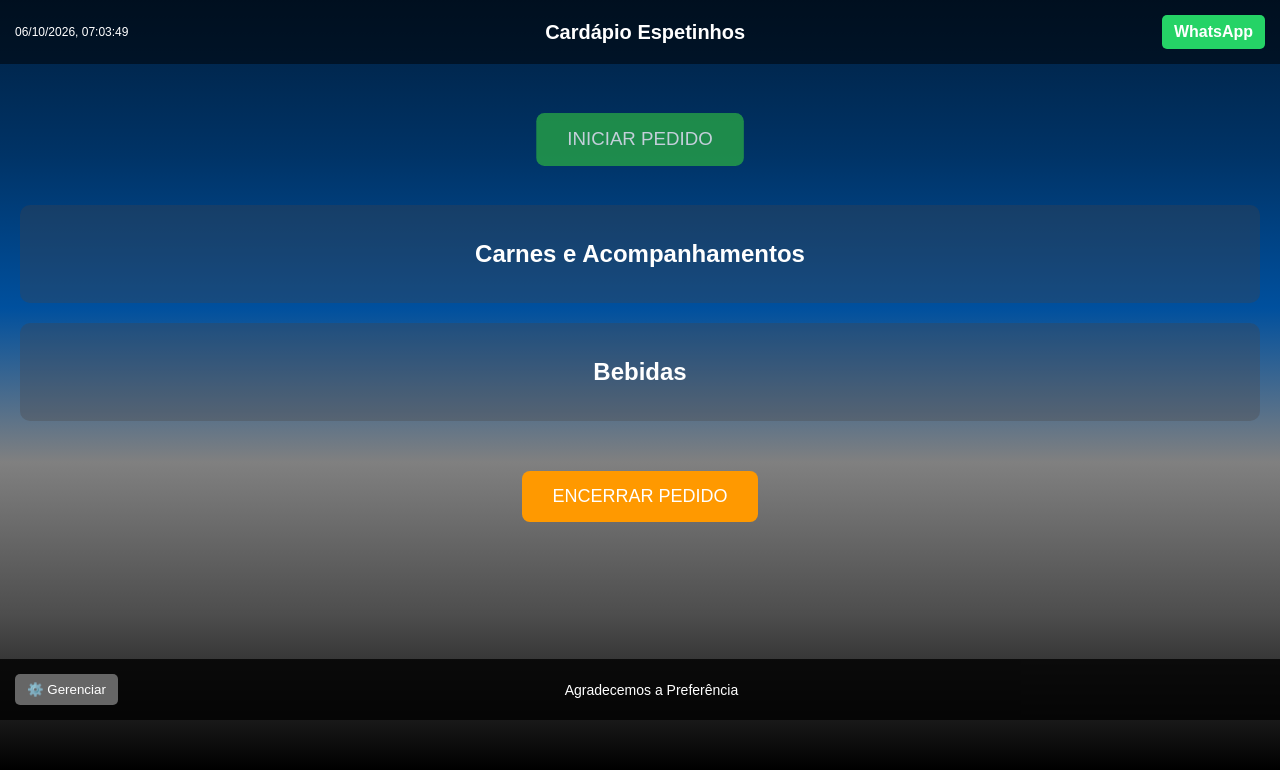
Repository: JeffRodFer/skewersOrder
Page: frontend/index.html
The author's editor kept a copy of each file at every save. The page is drawn from the files as they stood at one save, then again after a run of saves.
The browser window is 1280 px wide. The pictures show the whole page.
The page's requests for data from a server got no answer.

Above is the page before, as saved 2026-10-19 00:20:41.

### frontend/index.html
<!DOCTYPE html>
<html lang="pt-BR">

<head>
  <meta charset="UTF-8">
  <meta name="viewport" content="width=device-width, initial-scale=1.0">
  <title>Cardápio de Espetinhos</title>
  <!-- Aqui conectamos o arquivo de estilos -->
  <link rel="stylesheet" href="style.css">
</head>

<body>

  <!-- Cabeçalho -->
  <header>
    <div class="relogio" id="relogio">
      00/00/0000 00:00:00
    </div>
    <div class="logo-titulo">Cardápio Espetinhos</div>
    <a href="https://wa.me/5581920036280" class="btn-whatsapp" target="_blank">WhatsApp</a>
  </header>

  <!-- Área de Iniciar Pedido -->
  <div class="area-iniciar">
    <button class="btn-iniciar" onclick="abrirModalCadastro()">
      INICIAR PEDIDO
    </button>
  </div>

  <!-- Lista de Comidas -->
  <div class="secao-produtos">
    <h2 class="titulo-carnes">Carnes e Acompanhamentos</h2>
    <div id="lista-carnes"></div> <!-- A MUDANÇA FOI FEITA AQUI -->
  </div>

  <!-- Lista de Bebidas -->
  <div class="secao-produtos">
    <h2 class="titulo-bebidas">Bebidas</h2>
    <div id="lista-bebidas"></div>
  </div>

  <!-- Área de Encerrar Pedido -->
  <div class="area-iniciar">
    <button class="btn-iniciar" style="animation: none; background: #ff9900;" onclick="abrirResumo()">
      ENCERRAR PEDIDO
    </button>
  </div>

  <!-- Rodapé -->
  <footer>
    <button class="btn-gerenciar" onclick="abrirModalAdmin()">
      ⚙️ Gerenciar
    </button>
    <div class="msg-agradecimento">Agradecemos a Preferência</div>
    <div style="width: 80px;"></div>
  </footer>

  <!-- MODAL 1: Cadastro do Cliente -->
  <div id="modalCadastro" class="modal">
    <div class="modal-conteudo">
      <h3>Identificação</h3>

      <div class="form-group">
        <label>Nome:</label>
        <input type="text" id="cli-nome" placeholder="Seu nome">
      </div>

      <div class="form-group">
        <label>Telefone:</label>
        <input type="tel" id="cli-telefone" placeholder="(81) 90000-0000">
      </div>

      <div class="form-group">
        <label>Retirada ou Entrega?</label>
        <select id="cli-tipo" onchange="verificarEntrega()">
          <option value="retirar">Vou retirar no local</option>
          <option value="entregar">Quero entrega (Terá taxa)</option>
        </select>
      </div>

      <div class="form-group" id="div-endereco" style="display:none;">
        <label>Endereço Completo:</label>
        <input type="text" id="cli-endereco" placeholder="Rua, Número, Bairro">
      </div>

      <!-- NOVA ÁREA DE BOTÕES -->
      <button type="button" class="btn-acao" onclick="fecharModalCadastro()"
        style="flex: 1; background-color: #666666;">
        Voltar
      </button>

      <button class="btn-acao" onclick="salvarCadastro()" style="flex: 2;">
        Confirmar
      </button>
    </div>

  </div> <!-- Fecha a modal-conteudo -->
  </div> <!-- Fecha a modalCadastro -->

  <!-- MODAL 2: Resumo do Pedido -->
  <div id="modalResumo" class="modal">
    <div class="modal-conteudo">
      <h3>Resumo do Pedido</h3>
      <div id="conteudo-resumo" style="font-size: 14px; margin-bottom: 20px;">
      </div>

      <!-- INÍCIO DAS NOVAS OPÇÕES DE FAROFA, VINAGRETE E OBS -->

      <!-- Opção de Farofa -->
      <div class="form-group">
        <label>Incluir Farofa?</label>
        <div style="display: flex; gap: 15px; margin-top: 5px;">
          <label><input type="radio" name="farofa" value="Sim" checked> Sim</label>
          <label><input type="radio" name="farofa" value="Não"> Não</label>
        </div>
      </div>

      <!-- Opção de Vinagrete -->
      <div class="form-group">
        <label>Incluir Vinagrete?</label>
        <div style="display: flex; gap: 15px; margin-top: 5px;">
          <label><input type="radio" name="vinagrete" value="Sim" checked> Sim</label>
          <label><input type="radio" name="vinagrete" value="Não"> Não</label>
        </div>
      </div>

      <!-- Campo de Observações -->
      <div class="form-group">
        <label>Observações do Pedido:</label>
        <textarea id="obs-pedido" rows="3" maxlength="120" placeholder="Ex: Bem passado, deixar na portaria..."
          style="width: 100%; border-radius: 5px; padding: 8px;"></textarea>
        <div id="contador-obs">0/120 caracteres</div>
      </div>

      <!-- FIM DAS NOVAS OPÇÕES -->

      <h3 id="valor-total">Total: R$ 0,00</h3>
      <button class="btn-acao btn-whatsapp" onclick="enviarPedidoWhatsApp()">
        Enviar Pedido (WhatsApp)
      </button>
      <button class="btn-acao btn-fechar" onclick="fecharModal('modalResumo')">
        Voltar e Escolher Mais
      </button>
    </div>
  </div>

  <!-- MODAL 3: Login Admin (Gerenciar) -->
  <div id="modalAdmin" class="modal">
    <div class="modal-conteudo">
      <h3>Área Restrita (Gerenciar)</h3>
      <div class="form-group">
        <label>Usuário:</label>
        <input type="text" id="admin-user">
      </div>
      <div class="form-group">
        <label>Senha:</label>
        <input type="password" id="admin-pass">
      </div>
      <button type="button" class="btn-acao" onclick="loginAdmin(event)">Entrar</button>
      <button type="button" class="btn-acao btn-fechar" onclick="fecharModal('modalAdmin')">
        Cancelar
      </button>
    </div>
  </div>


  <!-- ========================================== -->
  <!-- PAINEL DE ADMINISTRAÇÃO (Oculto por padrão)-->
  <!-- ========================================== -->
  <div id="painel-admin" style="display: none; padding: 20px; min-height: 100vh;">
    <div
      style="display: flex; justify-content: space-between; align-items: center; border-bottom: 2px solid white; padding-bottom: 10px; margin-bottom: 20px;">
      <h2 style="color: white; margin: 0;">⚙️ Gestão do Cardápio</h2>
      <button class="btn-acao btn-fechar" onclick="fecharPainelAdmin()" style="width: auto; padding: 10px 20px;">
        Sair
      </button>
    </div>

    <p style="color: #ccc;">Clique no botão para Ativar ou Desativar os produtos na loja.</p>

    <!-- Aqui o JavaScript vai injetar a lista completa de produtos -->
    <div id="lista-admin"></div>
  </div>

  <!-- Aqui conectamos o arquivo de lógica e ações -->
  <script src="script.js"></script>
</body>

</html>

### frontend/style.css
/* Gradiente de fundo geral */
body {
    background: linear-gradient(180deg,
            #001f3f 0%, #003366 20%, #00509e 40%,
            #808080 60%, #4d4d4d 80%, #000000 100%);
    margin: 0;
    font-family: Arial, sans-serif;
    color: #ffffff;
    min-height: 100vh;
    padding-bottom: 50px;
}

/* Cabeçalho */
header {
    display: flex;
    justify-content: space-between;
    align-items: center;
    padding: 15px;
    background-color: rgba(0, 0, 0, 0.5);
    position: sticky;
    top: 0;
    z-index: 100;

    /* ADICIONA ESTAS DUAS LINHAS: */
    flex-wrap: wrap;
    /* Permite que os elementos desçam de linha se faltar espaço */
    gap: 15px;
    /* Garante um espaço de 15px entre elementos, mesmo que desçam de linha */
}

/* ========================================== */
/* Ajuste Fino para Telemóveis (Opcional mas recomendado) */
/* ========================================== */
@media (max-width: 600px) {
    header {
        /* Num ecrã pequeno, força tudo a ficar no centro, um debaixo do outro */
        flex-direction: column;
        justify-content: center;
        text-align: center;
    }
}

.relogio {
    font-size: 12px;
}

.logo-titulo {
    font-size: 20px;
    font-weight: bold;
    text-align: center;
}

.btn-whatsapp {
    background-color: #25D366;
    color: white;
    padding: 8px 12px;
    text-decoration: none;
    border-radius: 5px;
    font-weight: bold;
}

/* Botão Iniciar Pedido Piscante */
.area-iniciar {
    text-align: center;
    margin: 20px 0;
}

.btn-iniciar {
    background-color: #28a745;
    color: white;
    padding: 15px 30px;
    font-size: 18px;
    border: none;
    border-radius: 8px;
    cursor: pointer;
    animation: piscar 1.5s infinite ease-in-out;
    margin-top: 30px;
    margin-bottom: 20px;
}

@keyframes piscar {
    0% {
        opacity: 1;
        transform: scale(1);
    }

    50% {
        opacity: 0.7;
        transform: scale(1.05);
    }

    100% {
        opacity: 1;
        transform: scale(1);
    }
}

/* 2. Coloca texto de um lado e botões do outro */
.item-lista {
    display: flex;
    justify-content: space-between;
    align-items: center;
    padding: 12px 0;
    border-bottom: 1px solid rgba(255, 255, 255, 0.1);
}

/* Listas de Produtos */
.secao-produtos {
    margin: 20px;
    padding: 15px;
    background: rgba(73, 67, 67, 0.308);
    border-radius: 10px;
}

.titulo-carnes {
    color: #ffffff;
    text-align: center;
}

.item-carne {
    color: #faf9f8;
}

.titulo-bebidas {
    color: #ffffff;
    text-align: center;
}

.item-bebida {
    color: #ffffff;
}

.produto {
    display: flex;
    justify-content: space-between;
    align-items: center;
    margin-bottom: 10px;
    border-bottom: 1px solid rgba(255, 255, 255, 0.4);
    padding-bottom: 10px;
}

.controles {
    display: flex;
    align-items: center;
    gap: 15px;
}

/* 4. Estilo dos botõezinhos (caso não tenha) */
.controles button {
    width: 35px;
    height: 35px;
    background-color: rgba(255, 255, 255, 0.4);
    color: white;
    border: none;
    border-radius: 5px;
    font-size: 1.2em;
    cursor: pointer;
}

.btn-qtd {
    background: #333;
    color: white;
    border: none;
    padding: 5px 10px;
    border-radius: 5px;
    cursor: pointer;
}

/* Rodapé */
footer {
    display: flex;
    justify-content: space-between;
    align-items: center;
    padding: 15px;
    background-color: rgba(0, 0, 0, 0.8);
    position: fixed;
    bottom: 0;
    width: 100%;
    box-sizing: border-box;
}

.msg-agradecimento {
    flex-grow: 1;
    text-align: center;
    font-size: 14px;
}

.btn-gerenciar {
    background-color: #666666;
    color: white;
    border: none;
    padding: 8px 12px;
    border-radius: 5px;
    cursor: pointer;
    display: flex;
    align-items: center;
    gap: 5px;
}

/* Modais (Janelas Ocultas) */
.modal {
    display: none;
    position: fixed;
    top: 0;
    left: 0;
    width: 100%;
    height: 100%;
    background: rgba(0, 0, 0, 0.9);
    z-index: 200;
    overflow-y: auto;
}

.modal-conteudo {
    background: #222;
    margin: 20px auto;
    padding: 20px;
    width: 90%;
    max-width: 400px;
    border-radius: 10px;
    color: white;
}

.form-group {
    margin-bottom: 15px;
}

.form-group label {
    display: block;
    margin-bottom: 5px;
}

.form-group input,
.form-group select {
    width: 100%;
    padding: 8px;
    box-sizing: border-box;
    border-radius: 5px;
    border: none;
}

.btn-acao {
    background: #007bff;
    color: white;
    border: none;
    padding: 10px;
    width: 100%;
    border-radius: 5px;
    cursor: pointer;
    margin-top: 10px;
}

.btn-fechar {
    background: #dc3545;
    margin-top: 10px;
}

#obs-pedido {
    text-align: left;
    font-family: inherit;
    padding: 10px;
    resize: vertical;
}

#contador-obs {
  font-size: 0.8em;
  color: #666;
  text-align: right;
  margin-top: 5px;
}

Loaded but not shown: frontend/script.js (483 lines, source omitted)

After the next 2 saves:
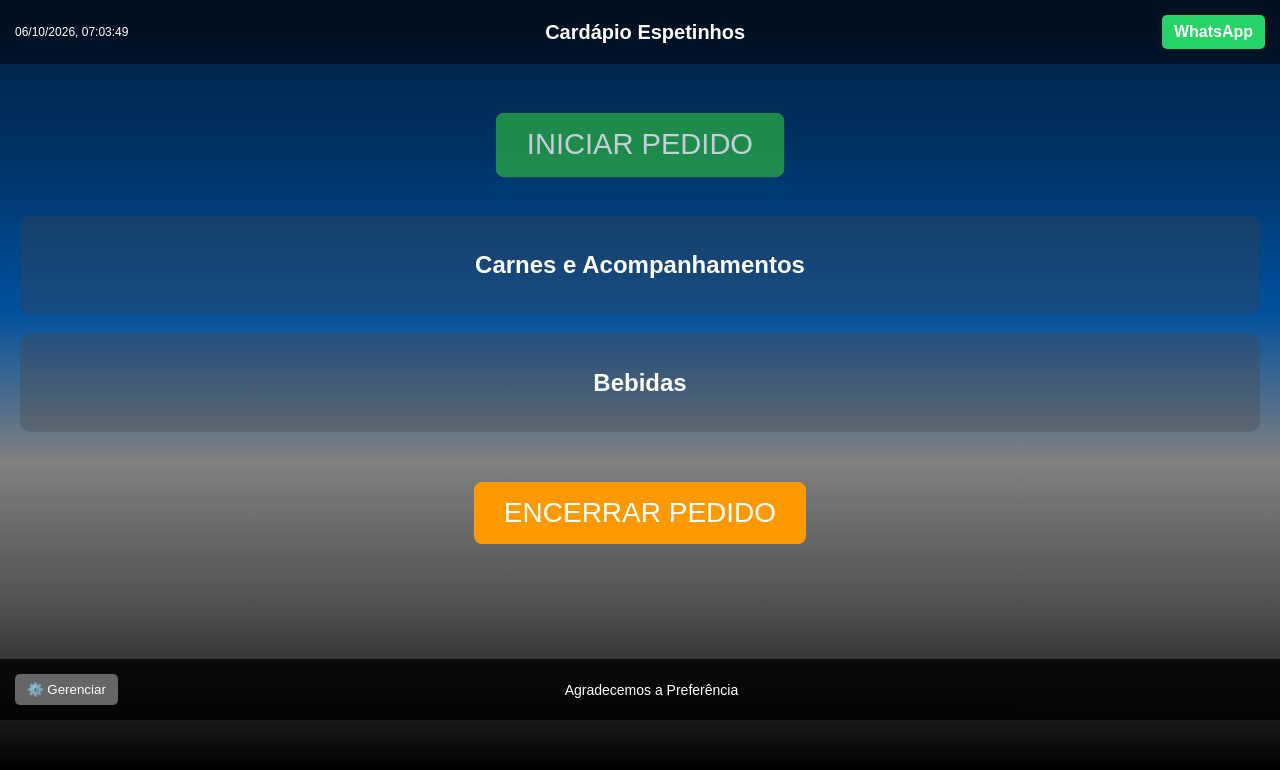
The 2 saves are shown as one change because they came seconds apart.
The last was saved 3 min 54 s later.
--- a/frontend/style.css
+++ b/frontend/style.css
@@ -69,7 +69,7 @@ header {
     background-color: #28a745;
     color: white;
     padding: 15px 30px;
-    font-size: 18px;
+    font-size: 28px;
     border: none;
     border-radius: 8px;
     cursor: pointer;
